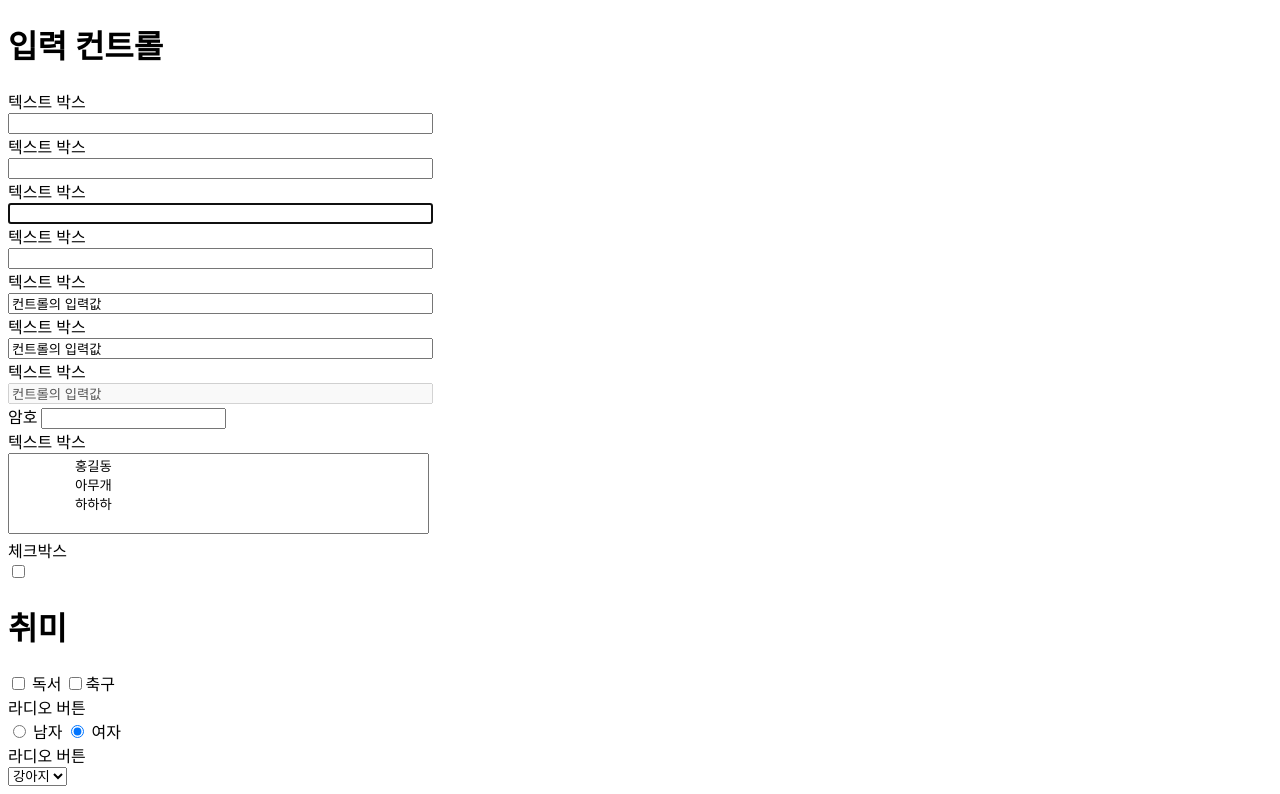
Repository: Hwang-97/HhwDesktop
Page: client/ClientTest/src/main/webapp/html/ex17_form.html
The author's editor kept a copy of each file at every save. The page is drawn from the files as they stood at one save, then again after the next save.
The browser window is 1280 px wide. The pictures show the whole page.

Above is the page before, as saved 2021-12-13 02:35:57.

### client/ClientTest/src/main/webapp/html/ex17_form.html
<!DOCTYPE html>
<html>
<head>
<meta charset="UTF-8">
<title>Insert title here</title>
</head>
<body>
<!--
<h1>sd</h1>
<form action="/client/html/ex17_ok.jsp" method = "post">
<input type = "text" name = "txt1">
<input type = "submit" value = "서버로 전송하기">
</form>
<h1>네이버 검색</h1>
<form action="https://search.naver.com/search.naver" method = "get">
<input type ="text" name = "query">
<input type ="submit" value = "검색하기">
</form>
-->

<h1>입력 컨트롤</h1>
텍스트 박스
<form>
<input type = "text" name="txt1" id="txt1" class = "txt" size="50"
maxlength="5">
</form>
텍스트 박스
<form>
<input type = "text" name="txt1" id="txt1" class = "txt" size="50"
maxlength="5" autocomplete = "off">
</form>
텍스트 박스
<form>
<input type = "text" name="txt1" id="txt1" class = "txt" size="50"
maxlength="5" autofocus><!-- 기본 포커스-->
</form>
텍스트 박스
<form>
<input type = "text" name="txt1" id="txt1" class = "txt" size="50"
maxlength="5" accesskey ="s"><!-- art + 지정키 누를시 해당 창으로 이동-->
</form>
텍스트 박스
<form>
<input type = "text" name="txt1" id="txt1" class = "txt" size="50"
maxlength="5" value="컨트롤의 입력값"><!-- 기본값-->
</form>
텍스트 박스
<form>
<input type = "text" name="txt1" id="txt1" class = "txt" size="50"
maxlength="5" value="컨트롤의 입력값" readonly ><!--읽기전용-->
</form>
텍스트 박스
<form>
<input type = "text" name="txt1" id="txt1" class = "txt" size="50"
maxlength="5" value="컨트롤의 입력값" disabled><!--사용 불가-->
</form>
암호
<input type = "password">
<br>
텍스트 박스
<br>
<textarea cols="50" rows="5" style = "resize:none;">
	홍길동
	아무개
	하하하
</textarea>
<br>
체크박스
<br>
<input type = "checkbox">
<h1>취미</h1>
<input type = "checkbox" id = "cb1"><label for = "cb1"> 독서</label>
<label> <input type = "checkbox" id = "cb1">축구</label>
<br>
라디오 버튼
<br>
<input type = "radio" name = "rbGender"> 남자
<input type = "radio" name = "rbGender" checked> 여자
<br>
라디오 버튼
<br>
<select name ="sell">
	<option value ="1">강아지</option>
	<option value ="2">고양이</option>
	<option value ="3">병아리</option>
</select>











</body>
</html>

After the next save:
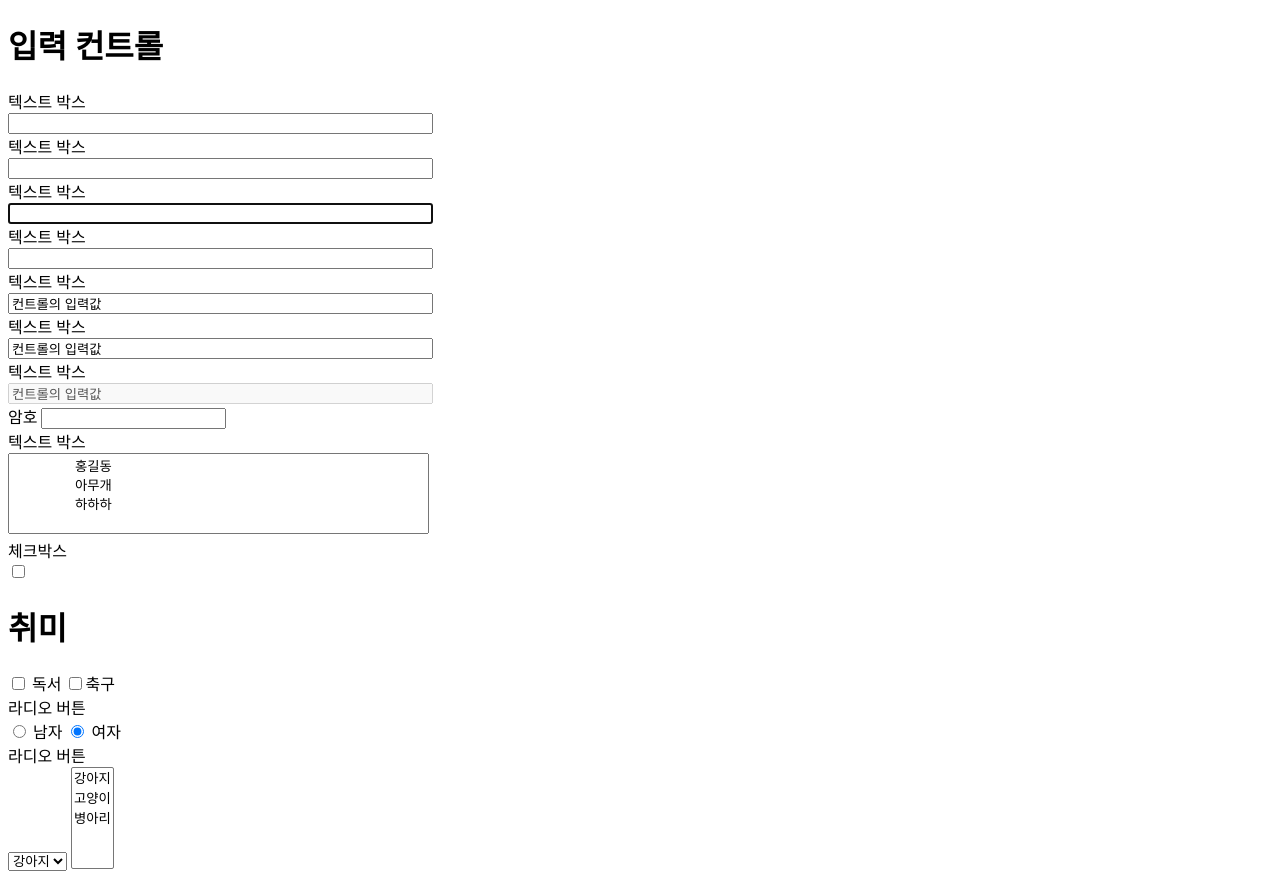
Saved 88 s later.
--- a/client/ClientTest/src/main/webapp/html/ex17_form.html
+++ b/client/ClientTest/src/main/webapp/html/ex17_form.html
@@ -85,7 +85,11 @@ maxlength="5" value="컨트롤의 입력값" disabled><!--사용 불가-->
 	<option value ="3">병아리</option>
 </select>
 
-
+<select name ="sel2" size ="5">
+	<option value ="1">강아지</option>
+	<option value ="2">고양이</option>
+	<option value ="3">병아리</option>
+</select>
 
 
 
